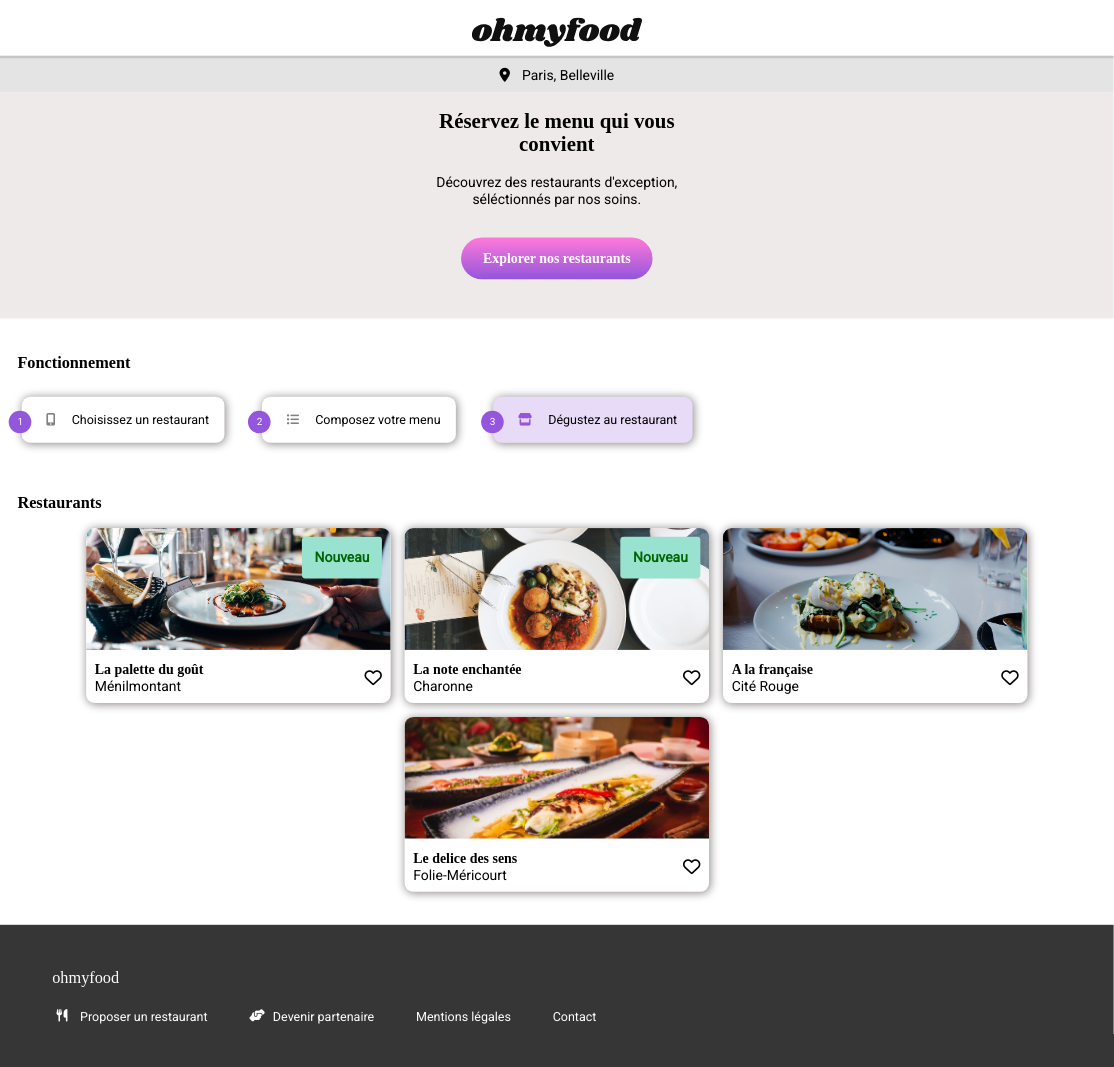
Repository: Micka-17/boimickael_3_16042021
Page: index.html
An editor plug-in stored every save of this project. The page is shown before and after the next save, followed by the edit.
The browser window is 1280 px wide. The pictures show the whole page, at 87% of full size.
Some web fonts or font styles are not loaded; a fallback is used. Some web libraries are served in a nearby version. The style sheet was rebuilt from its Sass, Less or Tailwind sources for each picture, by a compiler version that may differ from the author's.

Above is the page before, as saved 2021-05-24 10:21:18.

### index.html
<!DOCTYPE html>
<html lang="en">
<head>
    <meta charset="UTF-8">
    <meta http-equiv="X-UA-Compatible" content="IE=edge">
    <meta name="viewport" content="width=device-width, initial-scale=1.0">
    <link rel="stylesheet" href="css/style.css">
    <script src="https://kit.fontawesome.com/7f2b024bdc.js" crossorigin="anonymous"></script>
    <title>OhMyFood</title>
</head>
<body>
    <div id="backgroundloader">
        <div id="loader">
        </div>
    </div>
    </div>
    <header>
        <div id="logo">
            <img src="images/logo/ohmyfood@2x.svg" alt="OhMyFood">
        </div>
    </header>
    <section id="sec-1">
        <div id="top">
            <div id="paris">
                <p><i class="fas fa-map-marker-alt icon"></i> Paris, Belleville</p>
            </div>
            <div id="reservation">
                <h2 id="center-top1">Réservez le menu qui vous convient</h2>
                <p id="center-top2">Découvrez des restaurants d'exception, séléctionnés par nos soins.</p>
                <a id="btn" href="#sec-3">Explorer nos restaurants</a>
            </div>
        </div>
    </section>
    <section id="sec-2">
        <div class="fonctionnement">
            <h3 class="h3s">Fonctionnement</h3>
            <ul class="bolder">
                <li><p id="number1">1</p><i class="fas fa-mobile-alt icon-top"></i> Choisissez un restaurant</li>
                <li><p id="number2">2</p><i class="fas fa-list-ul icon-top"></i> Composez votre menu</li>
                <li id="li-3"><p id="number3">3</p><i class="fas fa-store icon-top-purple"></i> Dégustez au restaurant</li>
            </ul>
        </div>
    </section>
    <section id="sec-3">
        <h3 class="h3s">Restaurants</h3>
        <div class="choice">
            <a href="pages/la_palette_du_gout.html">
            <div class="card">
                <p class="nouveau">Nouveau</p>
                <img id="new" class="imga" src="images/restaurants/la_palette_du_gout.jpg" alt="la_palette_du_gout">
                <div class="resto">
                    <div>
                        <h4>La palette du goût</h4>
                        <p>Ménilmontant</p>
                    </div>
                    <div class="loveclcik">
                        <i class="far fa-heart love fa-lg"></i>
                        <i class="fas fa-heart loves3"></i>
                    </div>
                </div>
            </a>
            </div>
            <a href="pages/la_note_enchantee.html">
            <div class="card">
                <p class="nouveau">Nouveau</p>
                <img class="imga" src="images/restaurants/la_note_enchantee.jpg" alt="la_note_enchantee">
                <div class="resto">
                    <div>
                        <h4>La note enchantée</h4>
                        <p>Charonne</p>
                    </div>
                    <div class="loveclcik">
                        <i class="far fa-heart love fa-lg"></i>
                        <i class="fas fa-heart loves3"></i>
                    </div>
                </div>
            </a>
            </div>
            <a href="pages/a_la_francaise.html">
            <div class="card">
                <img class="imga" src="images/restaurants/a_la_française.jpg" alt="a_la_française">
                <div class="resto">
                    <div>
                        <h4>A la française</h4>
                        <p>Cité Rouge</p>
                    </div>
                    <div class="loveclcik">
                        <i class="far fa-heart love fa-lg"></i>
                        <i class="fas fa-heart loves3"></i>
                    </div>
                </div>
            </a>
            </div>
            <a href="pages/le_delice_des_sens.html">
            <div class="card">
                <img class="imga" src="images/restaurants/le_delice_des_sens.jpg" alt="le_delice_des_sens">
                <div class="resto">
                    <div>
                        <h4>Le delice des sens</h4>
                        <p>Folie-Méricourt</p>
                    </div>
                    <div class="loveclcik">
                        <i class="far fa-heart love fa-lg"></i>
                        <i class="fas fa-heart loves3"></i>
                    </div>
                </div>
            </a>
            </div>
        </div>
    </section>
    <section id="end">
        <footer>
            <div class="end-ul">
                <h3 id="logo-white">ohmyfood</h3>
                <ul>
                    <li><i class="fas fa-utensils icon-footer"></i> Proposer un restaurant</li>
                    <li><i class="fas fa-hands-helping icon-footer"></i> Devenir partenaire</li>
                    <li>Mentions légales</li>
                    <a id="contact" href="mailto:contact@ohmyfood.com"><li>Contact</li></a>
                </ul>
            </div>
        </footer>
    </section>
</body>
</html>

### sass/style.scss
@import "./directories/Utils/variables-mixin";
@import "./directories/Base/main.scss";



ul {
    font-family: 'Roboto', sans-serif;
    font-size: 0.9em;
    @media (min-width: 430px) {
        max-width: 450px;
    }
        @media (min-width: 1000px) {
            display: flex;
            min-width: 100%;
        }
}

#backgroundloader {
    position: absolute;
    top: 0;
    left: 0;
    background-color: $color3;
    min-width: 100%;
    height: 100vh;
    animation: loader2 5s;
    animation-fill-mode: both;
  }
#loader {
    position: absolute;
    height: 70px;
    top: 50%;
    right: 50%;
    bottom: 50%;
    left: 50%;
    width: 64px;
    height: 64px;
    border-radius: 50%;
    border: 6px solid rgb(255, 255, 255);
    border-color: $color1 transparent $color2 transparent;
    animation: lds-dual-ring 0.8s infinite, loader 3s;
    animation-delay: 0.2s;
    animation-fill-mode: both;
  }

#contact {
    color: white;
}

.spacediv p {
    font-family: 'Roboto', sans-serif;
    text-overflow: ellipsis;
    overflow: hidden;
    white-space: nowrap;
}

#logo {
    display: flex;
    justify-content: center;
    margin-top: 20px;
    margin-bottom: 10px;
}

#paris {
    display: flex;
    justify-content: center;
    border-top: solid 3px rgba(128, 128, 128, 0.301);
    min-width: 321px;
    padding-top: 10px;
    padding-bottom: 10px;
    background-color: rgba(128, 128, 128, 0.212);
        .icon {
            margin-right: 10px;
        }
}

#reservation {
    display: flex;
    justify-content: center;
    flex-direction: column;
    place-items: center;
    background-color: rgb(238, 234, 234);
    padding-bottom: 45px;
        #btn {
            @include btn();
                &:hover {
                    filter: brightness(1.10);
                    box-shadow: 0px 0px 10px 5px gray;
                }
        }
}

#center-top1 {
    text-align: center;
    margin-top: 20px;
    max-width: 350px;
}

#center-top2 {
    margin-top: 20px;
    margin-bottom: 20px;
    text-align: center;
    max-width: 350px;
}


.icon-top {
    color: gray;
    margin-right: 15px;
    margin-left: 10px;
}

.icon-top-purple {
    color: $color1;
    margin-right: 15px;
    margin-left: 10px;
}

#li-3 {
    background-color: #9256dc36;
}

li {
    background-color: #ffffff;
    border-radius: 10px;
    padding: 18px;
    margin: 18px;
    margin-left: 25px;
    box-shadow: 1px 1px 10px 1px rgb(151, 145, 145);
        #number1 {
            position: absolute;
            top: 462px;
            left: 10px;
            background-color: $color1;
            border-radius: 50px;
            padding: 6px 10px;
            font-size: 0.8em;
            color: white;
                @media (min-width: 1000px) {
                    top: 472px;
                    left: 10px;
                }
        }
            #number2 {
                position: absolute;
                top: 534px;
                left: 10px;
                background-color: $color1;
                border-radius: 50px;
                padding: 6px 10px;
                font-size: 0.8em;
                color: white;
                    @media (min-width: 1000px) {
                        top: 472px;
                        left: 285px;
                    }
            }
                #number3 {
                    position: absolute;
                    top: 607px;
                    left: 10px;
                    background-color: $color1;
                    border-radius: 50px;
                    padding: 6px 10px;
                    font-size: 0.8em;
                    color: white;
                        @media (min-width: 1000px) {
                            top: 472px;
                            left: 553px;
                        }
                }
}

.card {
    background-color: #ffffff;
    border-radius: 10px;
    padding: 0px;
    margin: 8px;
    box-shadow: 1px 1px 10px 1px rgb(151, 145, 145);
        @media (min-width: 375px) {
            min-width: 350px;
        }
}

.imga {
    object-fit: cover;
    border-radius: 10px 10px 0px 0px;
    min-width: 280px;
    max-height: 140px;
    min-height: 140px;
    @media (min-width: 375px) {
        min-width: 100%;
    }
    @media (min-width: 414px) {
        min-width: 100%;
    }
}
.card {
    position: relative;
}
.nouveau {
    position: absolute;
    padding: 0.9rem;
    border-radius: 0.25rem;
    color: darkgreen;
    font-weight: bold;
    right: 10px;
    top: 10px;
    background-color: #99e2d0;
}

.h3s {
    margin: 40px 0px 10px 20px;

}

.choice {
    display: flex;
    flex-direction: column;
    place-items: center;
        .resto {
            display: flex;
            justify-content: space-between;
            align-items: center;
            margin: 10px;
        }
            @media (min-width: 630px) {
                flex-wrap: wrap;
                flex-direction: row;
                justify-content: center;
            }
}


footer {
    margin-top: 30px;
    padding: 10px;
    background-color: rgb(54, 54, 54);
    color: white;
        #logo-white {
            font-family: 'Shrikhand', cursive;
            font-weight: 300;
            margin-bottom: 15px;
            margin-left: 20px;
            margin-top: 10px;
        }
            li {
                background-color: transparent;
                border-radius: 0;
                padding: 5px;
                margin-left: 20px;
                box-shadow: none;
                display: flex;
                margin-top: 5px;
                margin-bottom: 5px;
            }
                .icon-footer {
                    max-width: 2px;
                    max-height: 2px;
                    margin-right: 25px;
                }
                    @media (min-width:1000px) {
                        padding: 40px;
                    }
}


//pages 2

.img-top {
    min-width: 100%;
    max-height: 510px;
}

.arrow {
    position: absolute;
    left: 20px;
    top: 30px;
    color: rgba(0, 0, 0, 0.801);
}
#margtitle {
    margin-left: 15px;
    max-width: 220px;
}
img {
    object-fit: cover;
    max-width: 320px;
}
.titlemargall {
    margin-top: 30px;
    margin-left: 15px;
    border-bottom: solid rgba(55, 224, 55, 0.541);
    max-width: 30px;
}
#middle {
    position: absolute;
    top: 240px;
    min-width: 100%;
    min-height: 980px;
    background-color: rgb(231, 229, 229);
    border-radius: 20px 20px 0px 0;
    padding-top: 30px;
     .entrees {
        @include centre();
        @include capsule();
     }
        .bold {
            font-weight: bold;
            font-size: 1em;
        }
        .bolder {
            font-weight: bold;
            font-size: 0.6m;
                @media (min-width: 1000px) {
                    margin: 15px;
                }
        }
            p {
                font-size: 0.7em;
            }
                .loves1 {
                    position: absolute;
                    right: 15px;
                    color: gray
                }
}

.loves2 {
    display: none;
    opacity: 0;
    background: linear-gradient(0deg,#9356dc,#ff79da);
    background-clip: text;
    -webkit-background-clip: text;
    -moz-background-clip: text;
    -webkit-text-fill-color: transparent;
    position: absolute;
    right: 15px;
}
#margtitle:hover .loves2 {
    animation: fadeout;
    opacity: 1;
    animation-duration: .5s;
    display: inline-block;
    justify-content: center;
}

.loves3 {
    display: none;
    opacity: 0;
    background: linear-gradient(0deg,#9356dc,#ff79da);
    background-clip: text;
    -webkit-background-clip: text;
    -moz-background-clip: text;
    -webkit-text-fill-color: transparent;
    position: absolute;
    right: 8px;
    bottom: 18px;
}
.loveclcik:hover .loves3 {
    animation: fadeout2;
    opacity: 1;
    animation-duration: .5s;
    display: inline-block;
    justify-content: center;
    font-size: 1.5em;
}

#entrees {
    animation: slideup 1s;
    animation-duration: 1s;
}
#plats {
    animation: slideup 1s;
    animation-duration: 5s;
}
#desserts {
    animation: slideup 1s;
    animation-duration: 8s;
}


.entrees, .plats, .desserts {
    cursor: pointer;
        @media (max-width:321px) {
            max-width: 100%;
        }
        @media (max-width:378px) {
            max-width: 100%;
        }
        @media (max-width:414px) {
            max-width: 100%;
        }
        @media (min-width: 1000px) {
            min-width: 30%;
            min-height: 90px;
            width: 100%;
        }
}

.spacediv {
    width: 100%;
    overflow: hidden;
    @include spacediv();
        @media (min-width: 1000px) {
            justify-content: space-evenly;
        }
}
.plats {
    @include capsule();
    @include centre();
}
.desserts {
    @include capsule();
    @include centre();
}

.responsive {
    @media (min-width: 1000px) {
        display: flex;
        justify-content: center;
    }
}

.responsive-entrees {
    @media (min-width: 1000px) {
        display: flex;
        justify-content: center;
        flex-wrap: wrap;
    }
}

#btnp2 {
    @include btn();
    margin-top: 40px;
        &:hover {
            filter: brightness(1.10);
            box-shadow: 0px 0px 10px 5px gray;
        }
         @media (min-width: 1000px) {
            margin-top: 150px;
         }
}

#placement-btn {
    display: flex;
    justify-content: center;
    place-items: center;
}

.end1 {
    position: absolute;
    top: 1151px;
    min-width: 100%;
}

//page la note enchantee

 .align-price{
    display: flex;
    align-items: flex-end;
    margin-bottom: 8px;
    margin-right: 8px;
}

.check {
    width: 0px;
    transition-duration: 1s;
    font-size: 1.5em;
     & i {
        display: none;
        place-items: center;
        color: white;
     }
}

.entrees:hover .check {
    width: 90px;
    height: 51px;
    background-color: $color3;
    display: flex;
    justify-content: center;
    border-radius: 0 20% 20% 0;
        @media (max-width: 1000px) {
            width: 65px;
        }
            & .rotation {
                display: flex;
                place-items: center;
            }
                & .rond {
                    display: flex;
                    place-items: center;
                    transform-origin: center;
                    animation: spin;
                    animation-duration: 1s;
                }
                    @media (min-width: 1000px) {
                        height: 90px;
                        border-radius: 0 10% 10% 0;
                    }
}


.plats:hover .check {
    width: 90px;
    height: 51px;
    background-color: $color3;
    display: flex;
    justify-content: center;
    border-radius: 0 20% 20% 0;
        @media (max-width: 1000px) {
            width: 65px;
        }
            & .rotation {
                display: flex;
                place-items: center;
            }
                & .rond {
                    display: flex;
                    place-items: center;
                    transform-origin: center;
                    animation: spin;
                    animation-duration: 1s;
                }
                    @media (min-width: 1000px) {
                        height: 90px;
                        border-radius: 0 10% 10% 0;
                    }
}

.desserts:hover .check {
    width: 90px;
    height: 51px;
    background-color: $color3;
    display: flex;
    justify-content: center;
    border-radius: 0 20% 20% 0;
        @media (max-width: 1000px) {
            width: 65px;
        }
            & .rotation {
                display: flex;
                place-items: center;
            }
                & .rond {
                    display: flex;
                    place-items: center;
                    transform-origin: center;
                    animation: spin;
                    animation-duration: 1s;
                }
                    @media (min-width: 1000px) {
                        height: 90px;
                        border-radius: 0 10% 10% 0;
                    }
}

### sass/directories/Utils/_variables-mixin.scss
$color1: #9356DC;
$color2: #FF79DA;
$color3: #99E2D0;

@mixin centre {
    display: flex;
    justify-content: space-between;
}

@mixin capsule {
    background-color: whitesmoke;
    border-radius: 10px;
    box-shadow: 1px 1px 10px 1px rgb(226, 226, 226);
    margin: 10px;
    overflow: hidden;
}
 @mixin spacediv {
    min-height: 35px;
    display: flex;
    flex-direction: column;
    justify-content: space-between;
    padding: 8px;
 }
@mixin btn {
    background: linear-gradient($color2, $color1);
    border-radius: 50px;
    border: none;
    box-shadow: gray;
    color: white;
    font-weight: bold;
    max-width: 200px;
    min-width: 200px;
    margin-top: 15px;
    padding: 15px 10px;
    text-align: center;
    text-decoration: none
}

@keyframes fadein {
    from {
        transform: scaleX(0);
    }

    to {
        transform: scaleX(1);
    }
}

@keyframes fadeout {
    from {
        transform: scaleY(0);
    }

    to {
        transform: scaleY(1);
    }
}
@keyframes fadeout2 {
    from {
        transform: scale(0);
    }

    to {
        transform: scale(1.5);
    }
}

@keyframes spin {
    from {
        transform: rotate(0deg);
    } to {
        transform: rotate(360deg);
    }
}

@keyframes slideup {
    from {
        transform: translateY(50px);
        opacity: 0;
    }
    to {
        transform: translateY(0px);
        opacity: 1;
    }
}


 @keyframes lds-dual-ring {
    0% {
      transform: rotate(0deg);
    }
    50% {
        transform: rotate(180deg);
        opacity: 10%;
      }
    100% {
      transform: rotate(360deg);
    }
  }

@keyframes loader {
    95% {
    opacity: 10%;
    }
    85% {
        opacity: 50%;
    }
    100% {
        opacity: 0;
        z-index: -1000;
    }
}

@keyframes loader2 {
    0% {
    opacity: 100%;
    z-index: 9999;
    }
    99% {
        opacity: 0;
        z-index: -1000;
    }
    100% {
        opacity: 0;
        z-index: -1000;
    }
}

### sass/directories/Base/main.scss
@import url('https://fonts.googleapis.com/css2?family=Roboto&family=Shrikhand&display=swap');

* {
    margin: 0;
    padding: 0;
    text-decoration: none;
    list-style-type: none;
}
#margtitle {
    font-family: Shrikhand;
    font-weight: 100;
    font-size: 1.2em;
}
p {
    font-family: 'Roboto', sans-serif;
}
a {
    text-decoration: none;
    list-style: none;
    color: rgb(0, 0, 0);
}

After the next save:
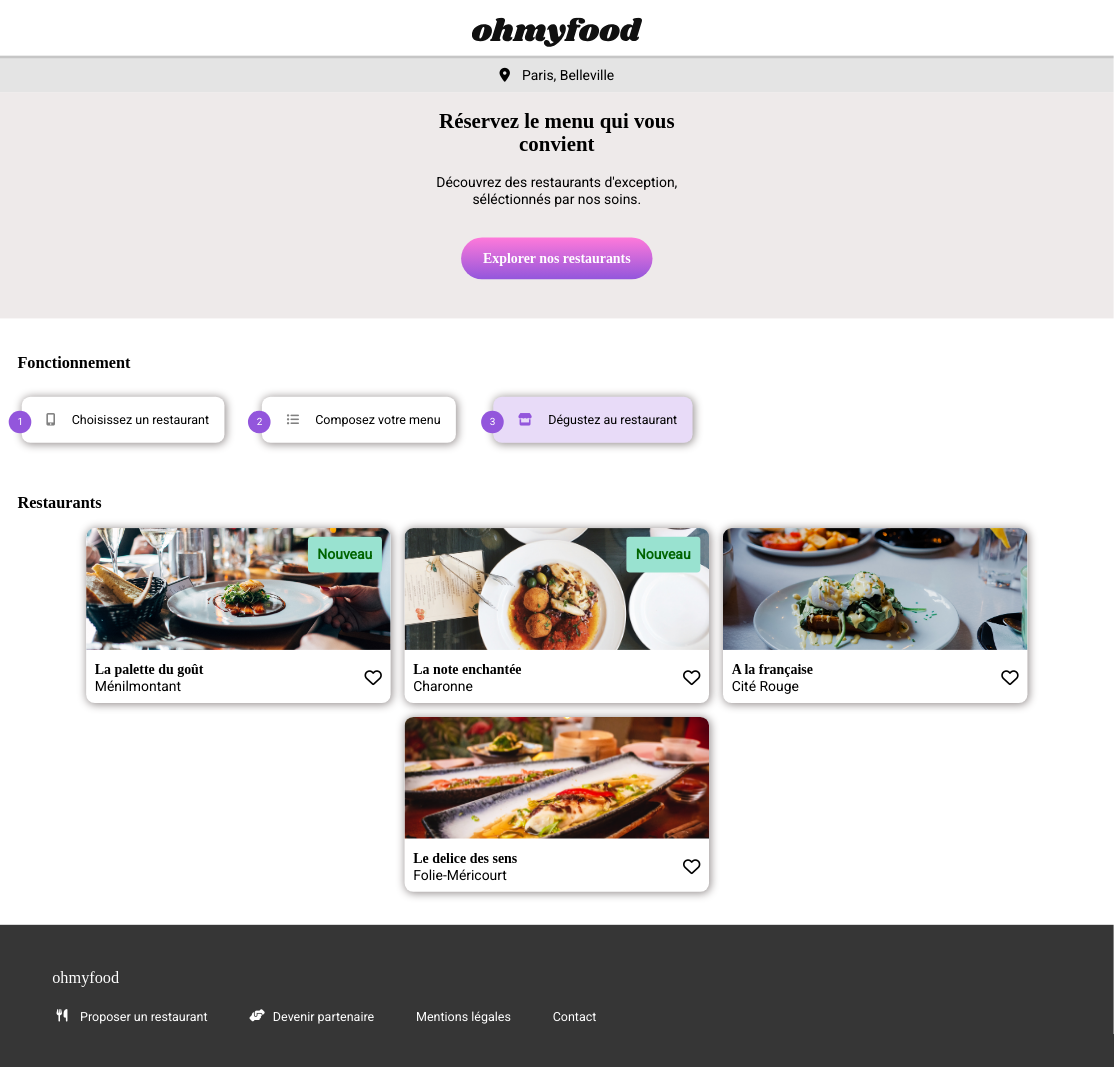
Saved 17 s later.
--- a/sass/style.scss
+++ b/sass/style.scss
@@ -199,7 +199,7 @@ li {
 }
 .nouveau {
     position: absolute;
-    padding: 0.9rem;
+    padding: 0.7rem;
     border-radius: 0.25rem;
     color: darkgreen;
     font-weight: bold;
